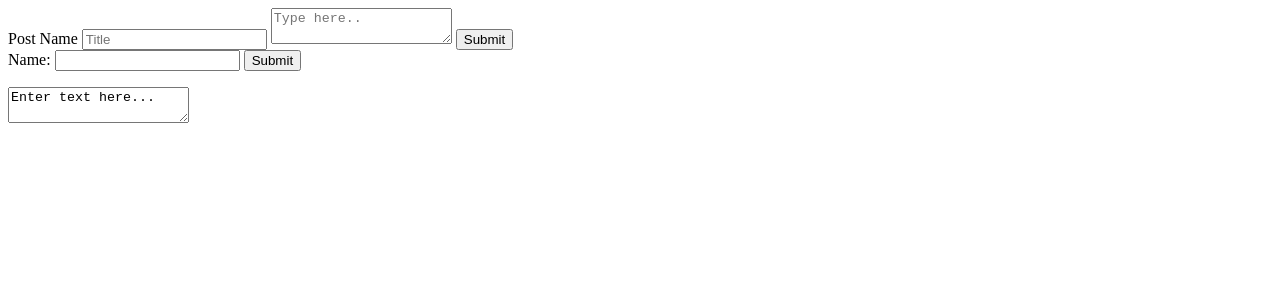
Repository: AnnieFisher/blog
Page: BlogMVC/WebContent/addPost.view.html
An editor plug-in stored every save of this project. The page is shown before and after the next save, followed by the edit.
The browser window is 1280 px wide. The pictures show the whole page.

Above is the page before, as saved 2016-12-17 20:07:45.

### BlogMVC/WebContent/addPost.view.html
<div>


  <label for="postName" class="sr-only">Post Name</label>
  <input type="text" ng-model="post.postName" name="postName" placeholder = "Title">
  <textarea name="body" ng-model="post.body" placeholder = "Type here.."></textarea>

  <button ng-click =createPost(post)>Submit</button>

<form id="blogform">
  Name: <input type="text" name="postName">
  <input type="submit">
</form>

<textarea name="blog" form="blogform">Enter text here...</textarea>


</div>

After the next save:
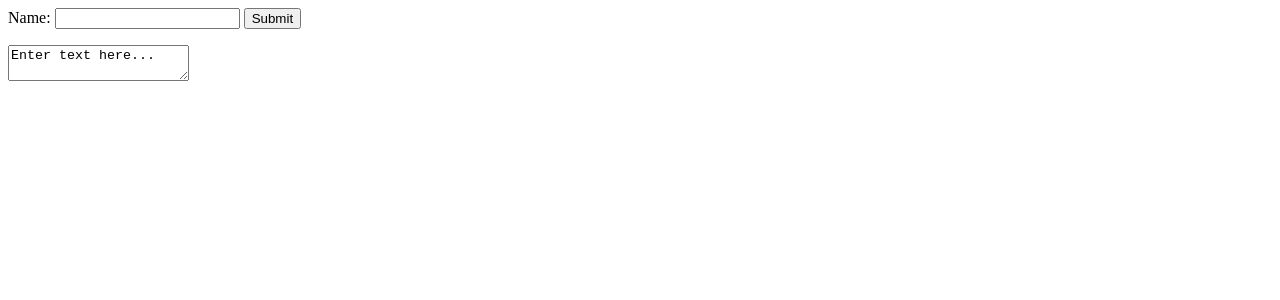
Saved 5 s later.
--- a/BlogMVC/WebContent/addPost.view.html
+++ b/BlogMVC/WebContent/addPost.view.html
@@ -1,11 +1,11 @@
 <div>
 
-
+<!--
   <label for="postName" class="sr-only">Post Name</label>
   <input type="text" ng-model="post.postName" name="postName" placeholder = "Title">
   <textarea name="body" ng-model="post.body" placeholder = "Type here.."></textarea>
 
-  <button ng-click =createPost(post)>Submit</button>
+  <button ng-click =createPost(post)>Submit</button> -->
 
 <form id="blogform">
   Name: <input type="text" name="postName">
